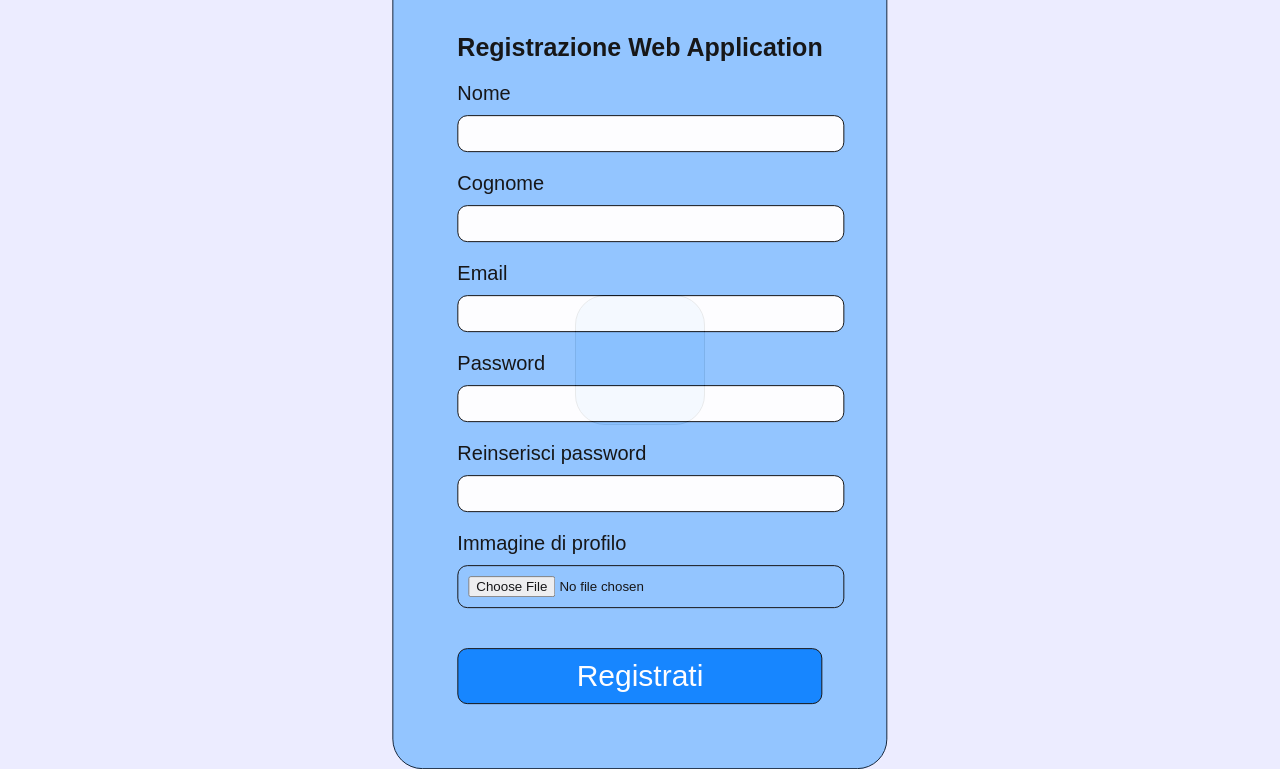
Repository: GabrielCellammare/WebApplication-SA-CyberSecurity
Page: http://localhost/WebProject-CellammareGabriel_ApplicationSecurity_/userNotLogged/registration.jsp
These files come from the project's save history. The page is drawn as it stood at one moment and after the next save; the edit follows.
The browser window is 1280 px wide. The pictures show the whole page.
The page is served by Tomcat 9. Nobody is signed in. The application's start-up code is not run. Other server files are loaded and not shown.

Above is the page before, as saved 2024-01-15 08:09:38.

### WebProject-CellammareGabriel(ApplicationSecurity)/WebContent/userNotLogged/registration.jsp
<%@ page language="java" contentType="text/html; charset=ISO-8859-1"
    pageEncoding="ISO-8859-1"%>
<!DOCTYPE html>
<html>
    <head>
        <title>Registrazione Web Application Cellammare Gabriel</title>
         <style>
         	<%@include file="/WEB-INF/css/styleRegistration.css"%>
         </style>
    </head>
    <body>
    	<div class="container">
    	</div>
        <div class="container">
            <h1>Registrazione Web Application</h1>
            <form action="registrazione.do" method="post" enctype="multipart/form-data">
            	<div class="field">
                    <label for="name">Nome</label>
                    <input type="name" name="name" id="name" required>
                </div>
                <div class="field">
                    <label for="surname">Cognome</label>
                    <input type="surname" name="surname" id="surname" required>
                </div>
                <div class="field">
                    <label for="email">Email</label>
                    <input type="email" name="email" id="email" required>
                </div>
                <div class="field">
                    <label for="password">Password</label>
                    <input type="password" name="password" id="password" required>
                </div>
                <div class="field">
                    <label for="retype-password">Reinserisci password</label>
                    <input type="password" name="retype-password" id="retype-password" required>
                </div>
                <div class="field">
                    <label for="image">Immagine di profilo</label>
                    <input type="file" name="image" id="image">
                </div>
                <input type="submit" value="Registrati">
            </form>

        </div>
    </body>
</html>

### WebProject-CellammareGabriel(ApplicationSecurity)/WebContent/WEB-INF/css/styleRegistration.css
@charset "ISO-8859-1";

body {
	font-family: sans-serif;
	background-color: #ececff;
}

#password::placeholder {
	font-size: 80%;
}
p {
	text-align: center;
	font-size: 18px;
	font-weight: bold;
	margin-bottom: 20px;
}

.btn {
	display: inline-block;
	padding: 10px 20px;
	margin-top: 10px;
	margin-bottom: 5px;
	background-color: #6c757d;
	color: #fff;
	border: 1px solid black;
	border-radius: 10px;
	cursor: pointer;
	text-decoration: none;
}

.container {
	margin: 0 auto;
	max-width: 80vw;
	padding: 5vw;
	background-color: #8ac1ff;
	opacity: 0.9;
	border-radius: 30px;
	border: 1px solid #001328;
	position: absolute;
	top: 50%;
	left: 50%;
	transform: translate(-50%, -50%);
}

h1 {
	text-align: center;
	font-size: 25px;
	font-weight: bold;
	margin-bottom: 20px;
}

.field {
	margin-bottom: 20px;
	font-size: 20px;
}

label {
	display: block;
	margin-bottom: 10px;
}

input {
	width: 100%;
	padding: 10px;
	border: 1px solid black;
	border-radius: 10px;
}

input[type="submit"] {
	margin-top: 20px;
	background-color: #007bff;
	color: #fff;
	border: 1px solid black;
	border-radius: 10px;
	font-size: 30px;
	cursor: pointer;
}

.image {
	width: 200px;
	height: 200px;
	margin-bottom: 20px;
}

After the next save:
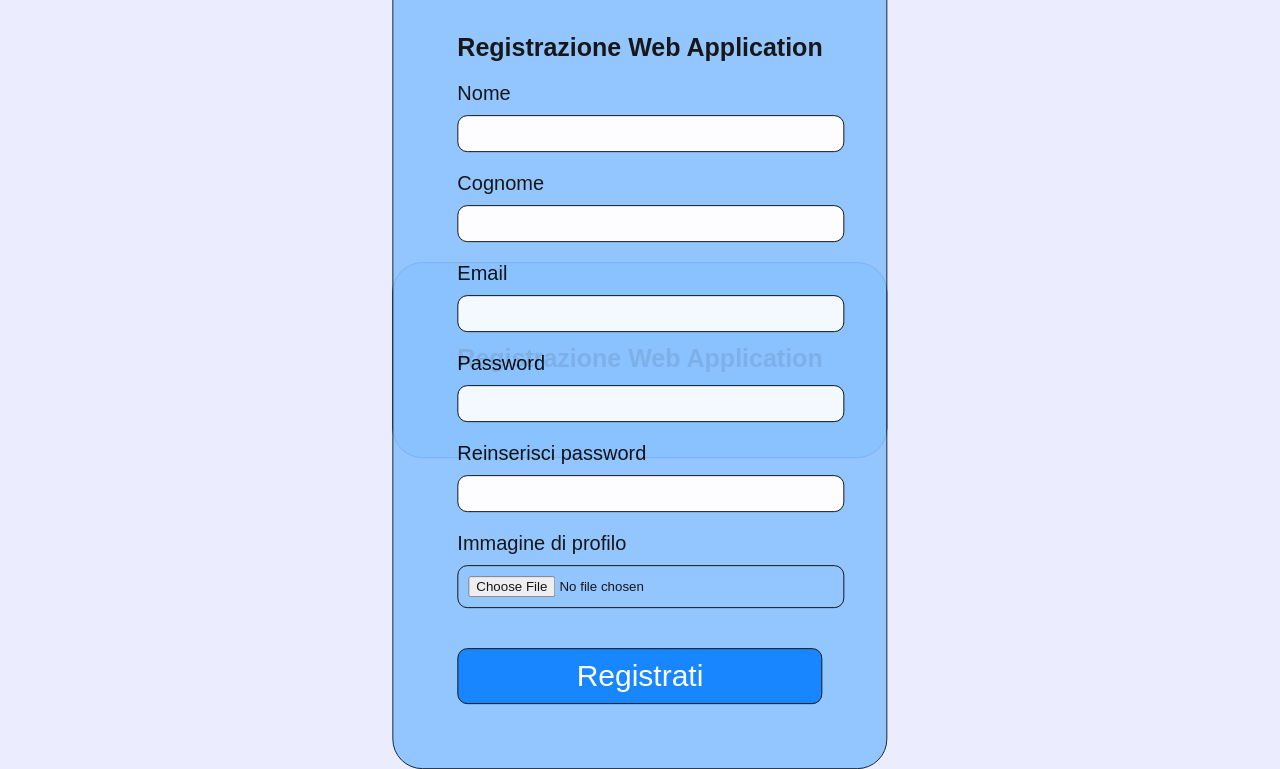
Saved 4 s later.
--- a/WebProject-CellammareGabriel(ApplicationSecurity)/WebContent/userNotLogged/registration.jsp
+++ b/WebProject-CellammareGabriel(ApplicationSecurity)/WebContent/userNotLogged/registration.jsp
@@ -10,6 +10,7 @@
     </head>
     <body>
     	<div class="container">
+    	 <h1>Registrazione Web Application</h1>
     	</div>
         <div class="container">
             <h1>Registrazione Web Application</h1>
